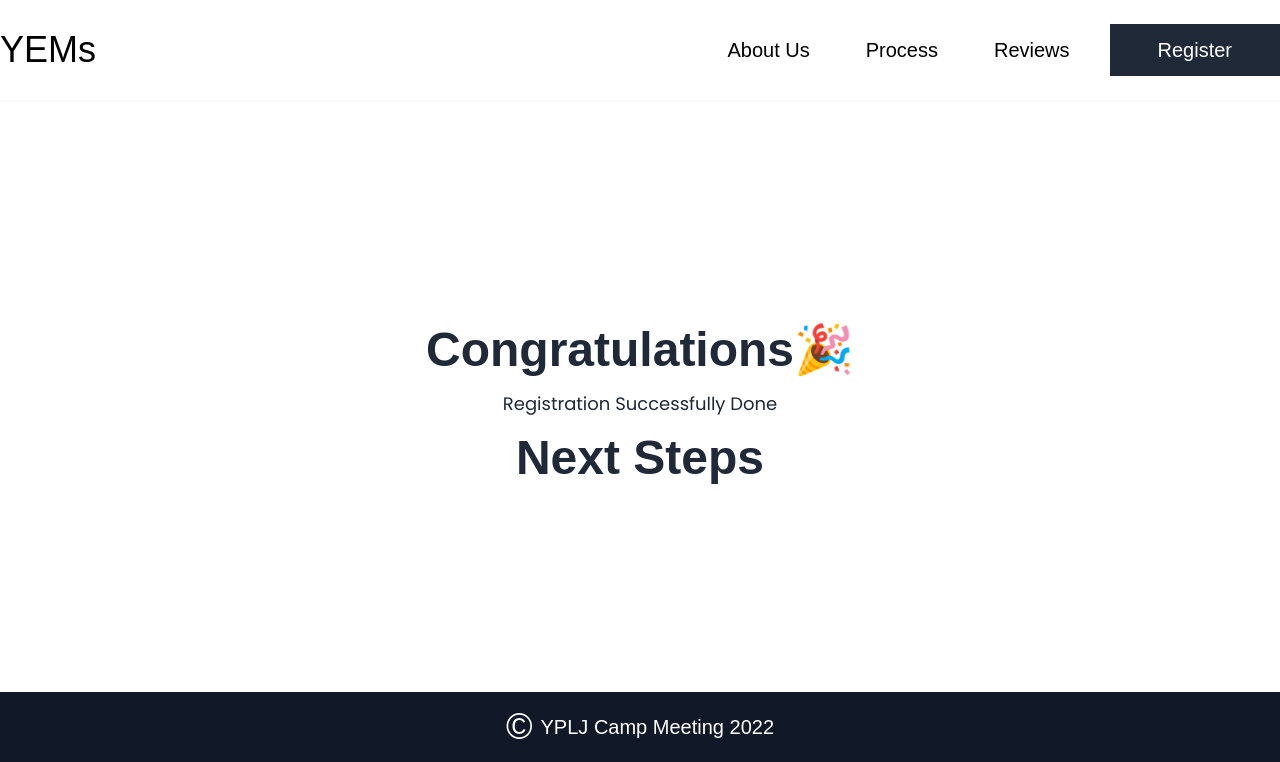
Repository: Ifenna-Pascal/user-camp-onboarding
Page: /dashboard
An editor plug-in stored every save of this project. The page is shown before and after the next save, followed by the edit.
The browser window is 1280 px wide. The pictures show the whole page.
Some web fonts or font styles are not loaded; a fallback is used. The project was rebuilt for these pictures with package versions that can differ from the ones it lists, and the page was loaded fresh each time. The framework's server and built-in components were replaced by stand-ins that run in the browser. Also part of the build but not shown: next.config.js.

Above is the page before, as saved 2022-11-27 08:08:38.

### pages/_app.js
import Mainlayout from "../components/layout";
import "../styles/globals.css";
import "remixicon/fonts/remixicon.css";

function MyApp({ Component, pageProps }) {
  return (
    <Mainlayout>
      <Component {...pageProps} />
    </Mainlayout>
  );
}

export default MyApp;

### pages/dashboard.jsx
import React from "react";

function Dashboard() {
  return (
    <div className="min-h-[80vh] flex  flex-col items-center justify-center">
      <h1 className="text-gray-800 text-center lg:text-left text-2xl lg:text-5xl font-semibold font-sono block ">
        Congratulations🎉
      </h1>
      <p className="block text-base  lg:text-lg text-center font-poppins text-gray-800 leading-[30px] py-2 lg:py-4">
        Registration Successfully Done
      </p>
      <div>
        <h1 className="text-gray-800 text-center lg:text-left text-2xl lg:text-5xl font-semibold font-sono block ">
          Next Steps{" "}
        </h1>
      </div>
    </div>
  );
}

export default Dashboard;

### components/layout/index.jsx
import React from "react";
import Footer from "./Footer";
import Nav from "./Nav";

function Mainlayout({ children }) {
  return (
    <div className="relative">
      <Nav />
      <main>{children}</main>
      <Footer />
    </div>
  );
}

export default Mainlayout;

### styles/globals.css
@import url('https://fonts.googleapis.com/css2?family=Poppins&family=Sono:wght@400;500&display=swap');
@import url('https://fonts.googleapis.com/css2?family=Montserrat&family=Source+Sans+Pro&display=swap');

* {
  padding: 0;
  margin: 0;
  box-sizing: border-box;
  scroll-behavior: smooth;
}

html,
body {
  padding: 0;
  margin: 0;
  font-family: -apple-system, BlinkMacSystemFont, Segoe UI, Roboto, Oxygen,
    Ubuntu, Cantarell, Fira Sans, Droid Sans, Helvetica Neue, sans-serif;
}

a {
  color: inherit;
  text-decoration: none;
}

* {
  box-sizing: border-box;
}

@media (prefers-color-scheme: dark) {
  html {
    color-scheme: dark;
  }
  body {
    color: white;
    background: black;
  }
}

@tailwind base;
@tailwind components;
@tailwind utilities;

### components/layout/Footer.jsx
import React from "react";

function Footer() {
  return (
    <div className="bg-gray-900 w-full h-[70px]  flex items-center justify-center">
      <p className="text-center flex items-center text-white font-sono text-xl">
        {" "}
        <span className="text-4xl mr-2">&copy;</span> YPLJ Camp Meeting 2022{" "}
      </p>
    </div>
  );
}

export default Footer;

### components/layout/Nav.jsx
import Link from "next/link";
import { useRouter } from "next/router";
import React, { useState } from "react";
import Button from "../general/Button";
import NavLink from "../general/NavLink";

function Nav() {
  const [show, setShow] = useState(false);
  const router = useRouter();
  const toggle = () => {
    setShow(!show);
  };
  return (
    <div className="lg:sticky  top-0 w-full shadow-sm mb-4 z-50 px-6 lg:px-0 bg-white">
      <nav className="w-full lg:py-6 py-5 flex items-center  lg:max-w-[1450px] lg:mx-auto justify-between">
        <Link href="/">
          {" "}
          <h1 className="font-sono text-2xl lg:text-4xl ">YEMs</h1>
        </Link>
        <ul className="lg:flex items-center hidden justify-between">
          <NavLink href="/#home" name="About Us" />
          <NavLink href="/#process" name="Process" />
          <NavLink href="/#reviews" name="Reviews" />
          <Link href="/register">
            <Button text="Register" />
          </Link>
        </ul>
        <button
          className='block md:hidden className="w-full px-2 py-1 rounded-lg text-AP-grey-200 hover:text-AP-blue-200 border-AP-grey-200 hover:border-AP-blue-400'
          onClick={toggle}
        >
          <i
            className={`${
              !show ? "ri-menu-3-fill duration-500" : "ri-close-line"
            } text-2xl text-gray-800`}
          />
        </button>
      </nav>
      <div
        className={`flex lg:hidden ${
          show
            ? "flex duration-500  flex-col items-center space-y-8 pt-2 "
            : "hidden"
        }`}
      >
        <NavLink href="/#home" name="About Us" />
        <NavLink href="/#process" name="Process" />
        <NavLink href="/#reviews" name="Reviews" />
        {/* {router.pathname !== "/register" && (
          <Link href="/register">
            <Button text="Register" onClick={() => setShow(false)} />
          </Link>
        )} */}
      </div>
    </div>
  );
}

export default Nav;

### components/general/Button.jsx
import React from "react";

function Button({ text, ...rest }) {
  return (
    <button
      className="bg-gray-800 px-12 py-3 hover:bg-white hover:text-black hover:border hover:border-black duration-500 hover:ease-in-out text-white font-sono text-xl"
      {...rest}
    >
      {text}
    </button>
  );
}

export default Button;

### components/general/NavLink.jsx
import Link from "next/link";
import React from "react";

function NavLink({ href, name }) {
  return (
    <Link href={href}>
      <span className="text-black px-4 text-xl font-sono mr-6 font-500">
        {name}
      </span>
    </Link>
  );
}

export default NavLink;

### tailwind.config.js
/** @type {import('tailwindcss').Config} */
module.exports = {
  content: [
    "./pages/**/*.{js,ts,jsx,tsx}",
    "./components/**/*.{js,ts,jsx,tsx}",
  ],

  theme: {
    extend: {
      fontFamily: {
        sono: ["Sono", "sans-serif"],
        poppins: ["Poppins", "sans-serif"],
        montserat: ["Montserrat", "sans-serif"],
      },
    },
  },
  plugins: [],
};

After the next save:
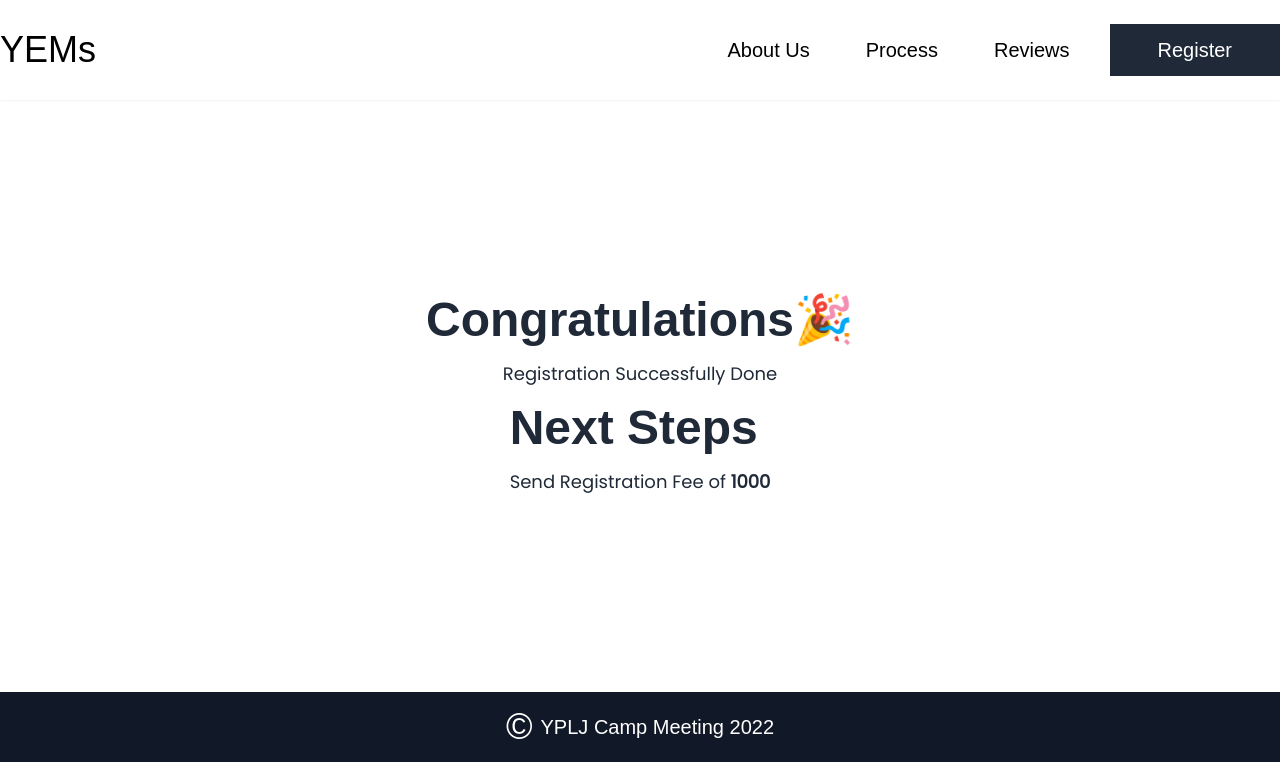
Saved 50 s later.
--- a/pages/dashboard.jsx
+++ b/pages/dashboard.jsx
@@ -13,6 +13,9 @@ function Dashboard() {
         <h1 className="text-gray-800 text-center lg:text-left text-2xl lg:text-5xl font-semibold font-sono block ">
           Next Steps{" "}
         </h1>
+        <p className="block text-base  lg:text-lg text-center font-poppins text-gray-800 leading-[30px] py-2 lg:py-4">
+          Send Registration Fee of <strong>1000</strong>{" "}
+        </p>
       </div>
     </div>
   );
